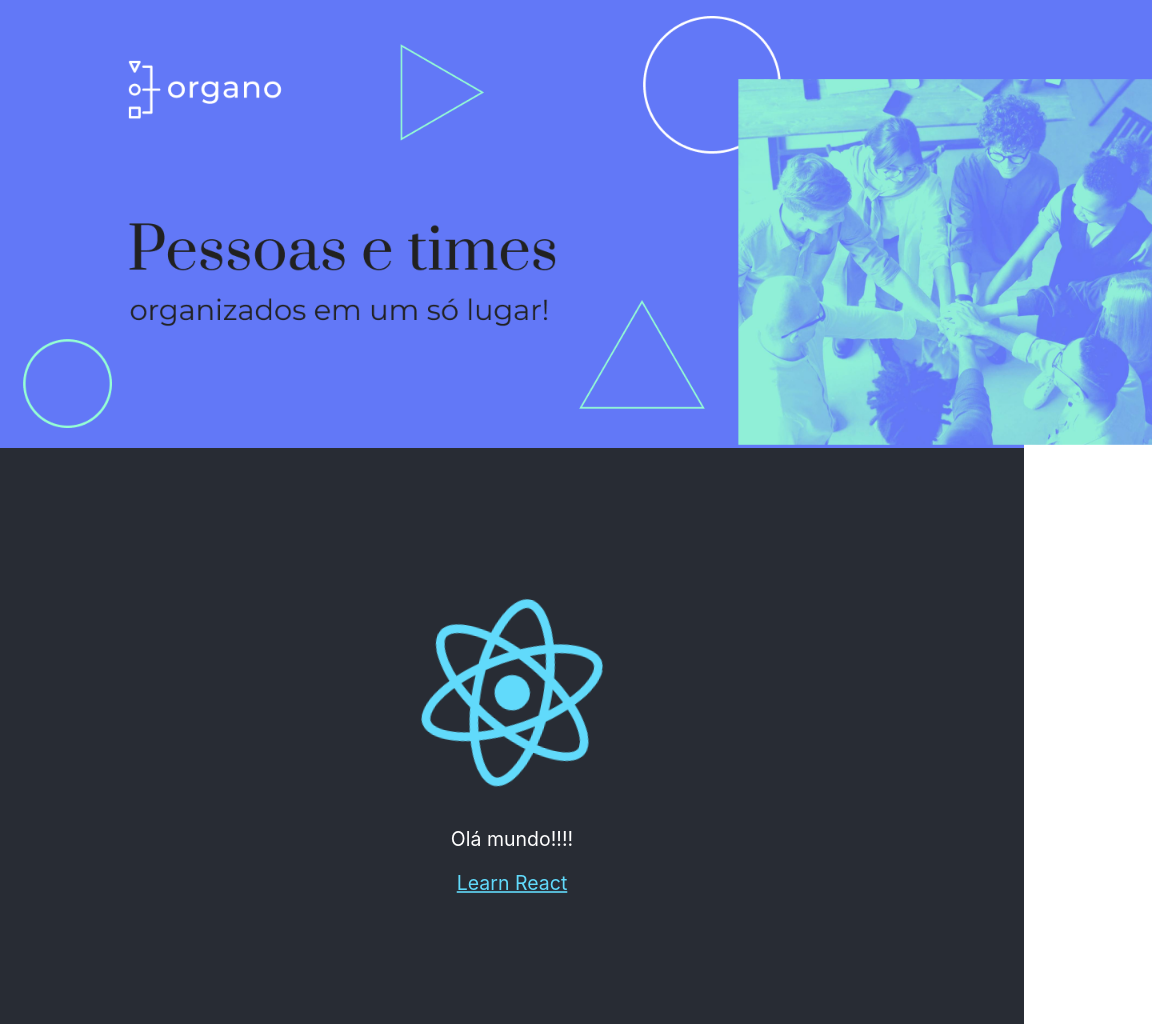
Repository: devMuriloOliveira/organo
Page: /
An editor plug-in stored every save of this project. The page is shown before and after the next save, followed by the edit.
The browser window is 1280 px wide. The page is 1440 px wide, then 1280 px, so the pictures cover 1440 px, including what lies to the right of the window. The pictures show the whole page, at 80% of full size.
The project was rebuilt for these pictures with package versions that can differ from the ones it lists, and the page was loaded fresh each time.

Above is the page before, as saved 2023-01-10 16:25:26.

### src/App.js
import logo from './logo.svg'
import './App.css'
import Banner from './componentes/Banner/Banner'

function App() {
  return (
    <div className="App">
      <Banner/>
      <header className="App-header">
        <img src={logo} className="App-logo" alt="logo" />
        <p>Olá mundo!!!!</p>
        <a
          className="App-link"
          href="https://reactjs.org"
          target="_blank"
          rel="noopener noreferrer"
        >
          Learn React
        </a>
      </header>
    </div>
  )
}

export default App

### src/componentes/Banner/Banner.js
import './Banner.css'

function Banner() {
  return (
    <header className="banner">
      <img src="/imagens/banner.png" alt="O banner principal da pagina Organo"/>
    </header>


    )

}

export default Banner

### src/componentes/Banner/Banner.css
.banner {
  background-color: #6278F7;
  text-align: center;
}

Loaded but not shown: public/index.html (common file); src/index.js (common file); src/index.css (common file); src/reportWebVitals.js (common file); src/App.css (common file)

After the next save:
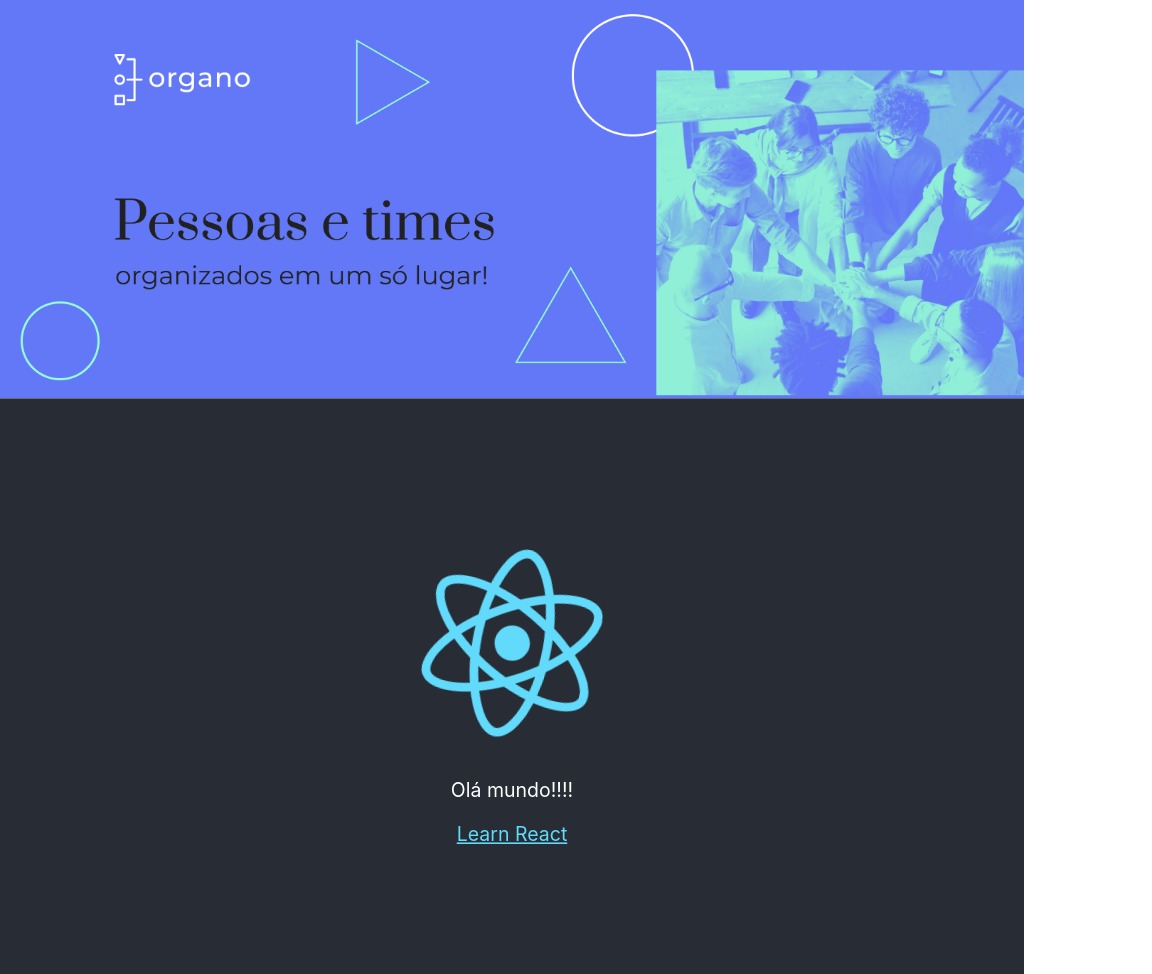
Saved 28 s later.
--- a/src/componentes/Banner/Banner.css
+++ b/src/componentes/Banner/Banner.css
@@ -2,3 +2,7 @@
   background-color: #6278F7;
   text-align: center;
 }
+
+.banner img {
+  max-width: 100%;
+}
